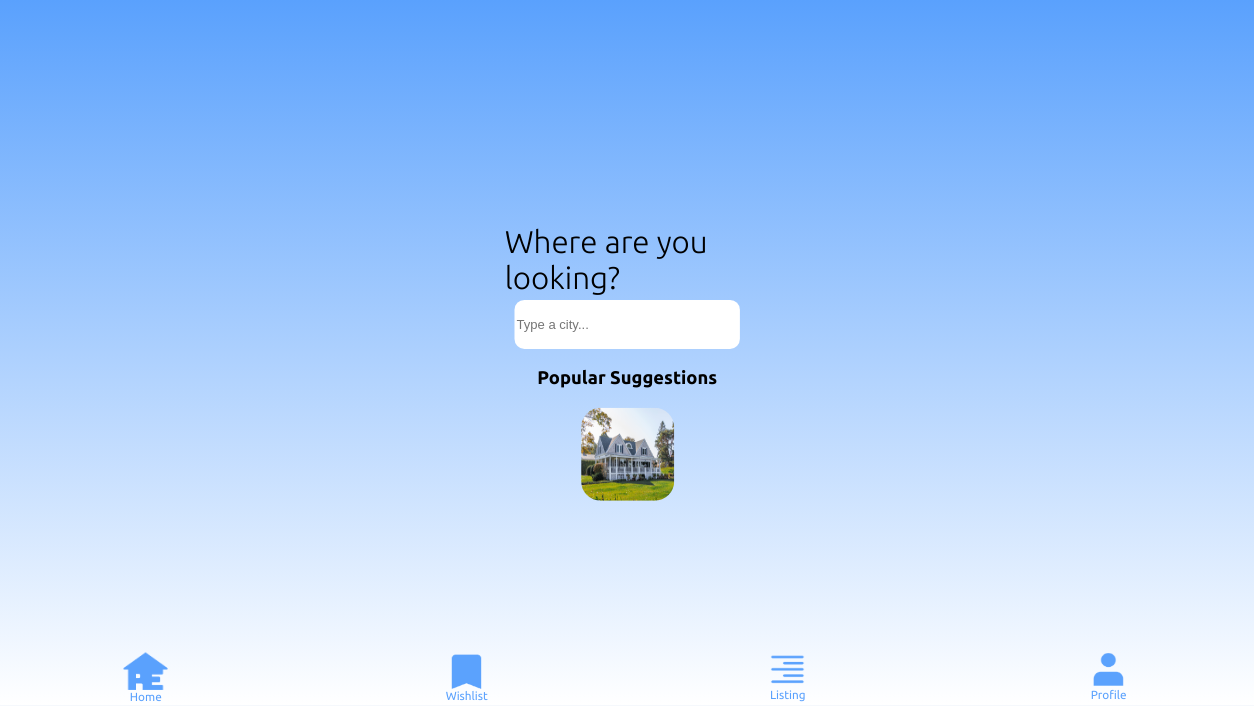
Repository: msyukurrr/realeasy
Page: /listing
An editor plug-in stored every save of this project. The page is shown before and after the next save, followed by the edit.
The browser window is 1280 px wide. The pictures show the whole page, at 98% of full size.
The project was rebuilt for these pictures with package versions that can differ from the ones it lists, and the page was loaded fresh each time. The framework's server and built-in components were replaced by stand-ins that run in the browser. Also part of the build but not shown: next.config.js, components/Button.js.

Above is the page before, as saved 2023-01-27 20:27:36.

After the next save:
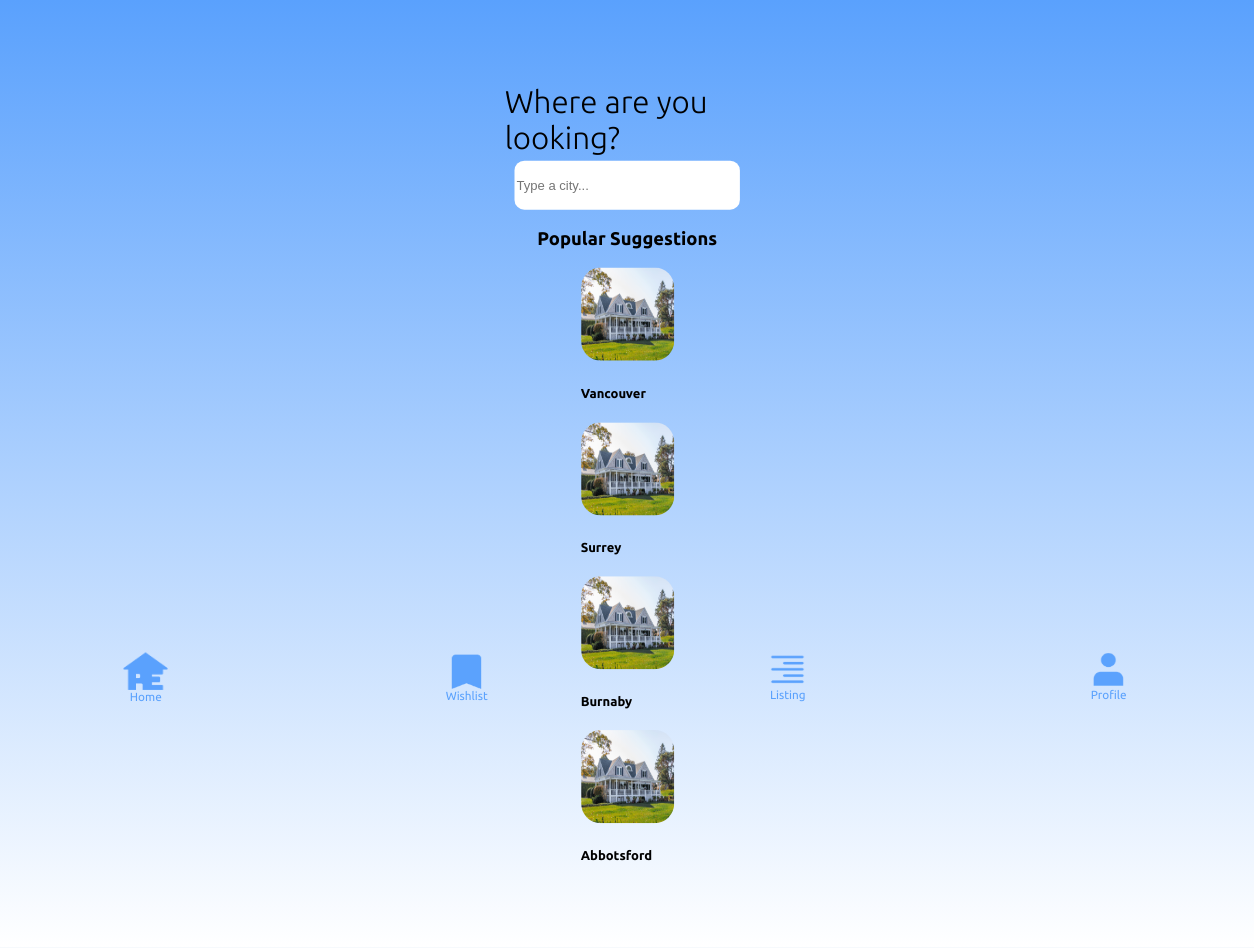
Saved 40 s later.
--- a/pages/listing.js
+++ b/pages/listing.js
@@ -20,7 +20,22 @@ export default function Listing({
 
         <div>
             <img src="house.png" style={{width:95, height:95, borderRadius:20}}/>
+            <h5>Vancouver</h5>
+        </div>
 
+        <div>
+            <img src="house.png" style={{width:95, height:95, borderRadius:20}}/>
+            <h5>Surrey</h5>
+        </div>
+
+        <div>
+            <img src="house.png" style={{width:95, height:95, borderRadius:20}}/>
+            <h5>Burnaby</h5>
+        </div>
+
+        <div>
+            <img src="house.png" style={{width:95, height:95, borderRadius:20}}/>
+            <h5>Abbotsford</h5>
         </div>
 
 
